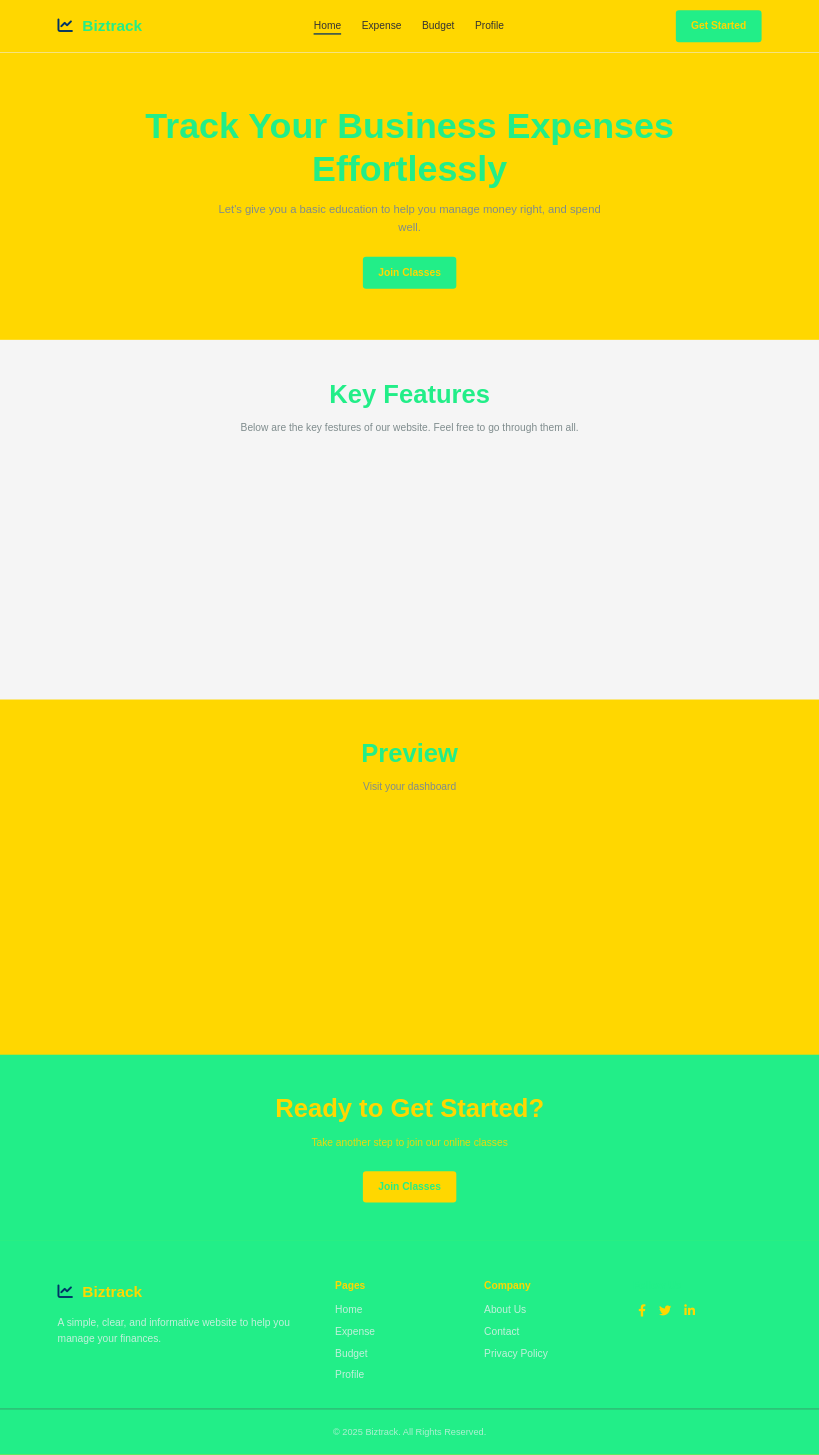
Repository: JoyUdoh106/wdd131
Page: project/index.html
An editor plug-in stored every save of this project. The page is shown before and after a run of saves, followed by the edit.
The browser window is 1280 px wide. The pictures show the whole page, at 64% of full size.

Above is the page before, as saved 2025-08-10 19:23:14.
Console error: TypeError: Cannot set properties of null (setting 'textContent')

After the next 2 saves:
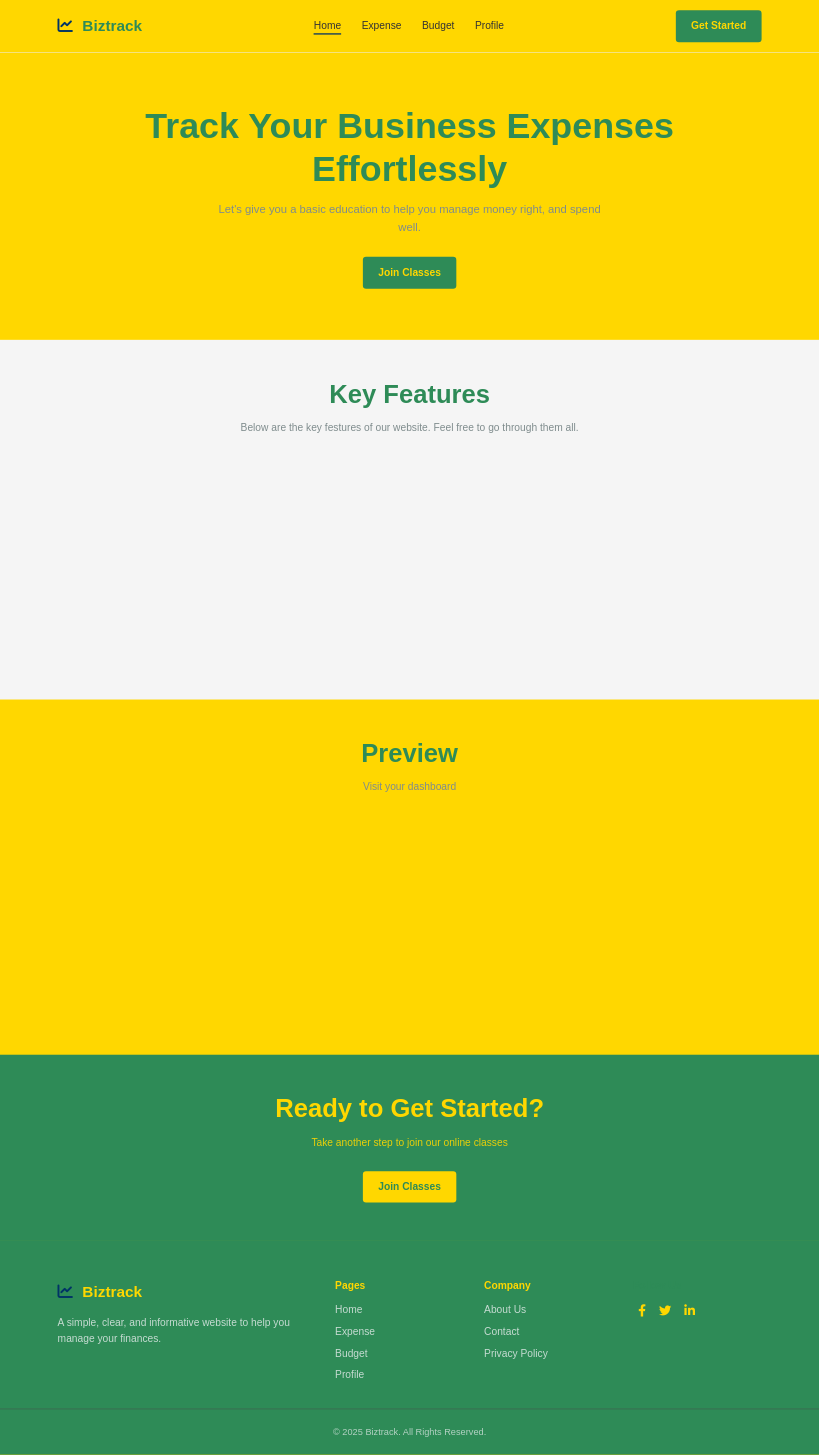
The 2 saves are shown as one change because they came seconds apart.
The last was saved 5 s later.
--- a/project/styles/project.css
+++ b/project/styles/project.css
@@ -1,7 +1,7 @@
 /* --- General Setup & Variables --- */
 :root {
     --primary-color: #003366;
-    --dark-color: #2e8;
+    --dark-color: #2e8b57;
     --light-color: #ffd700;
     --text-color: #333333;
     --bg-color: #f5f5f5;
